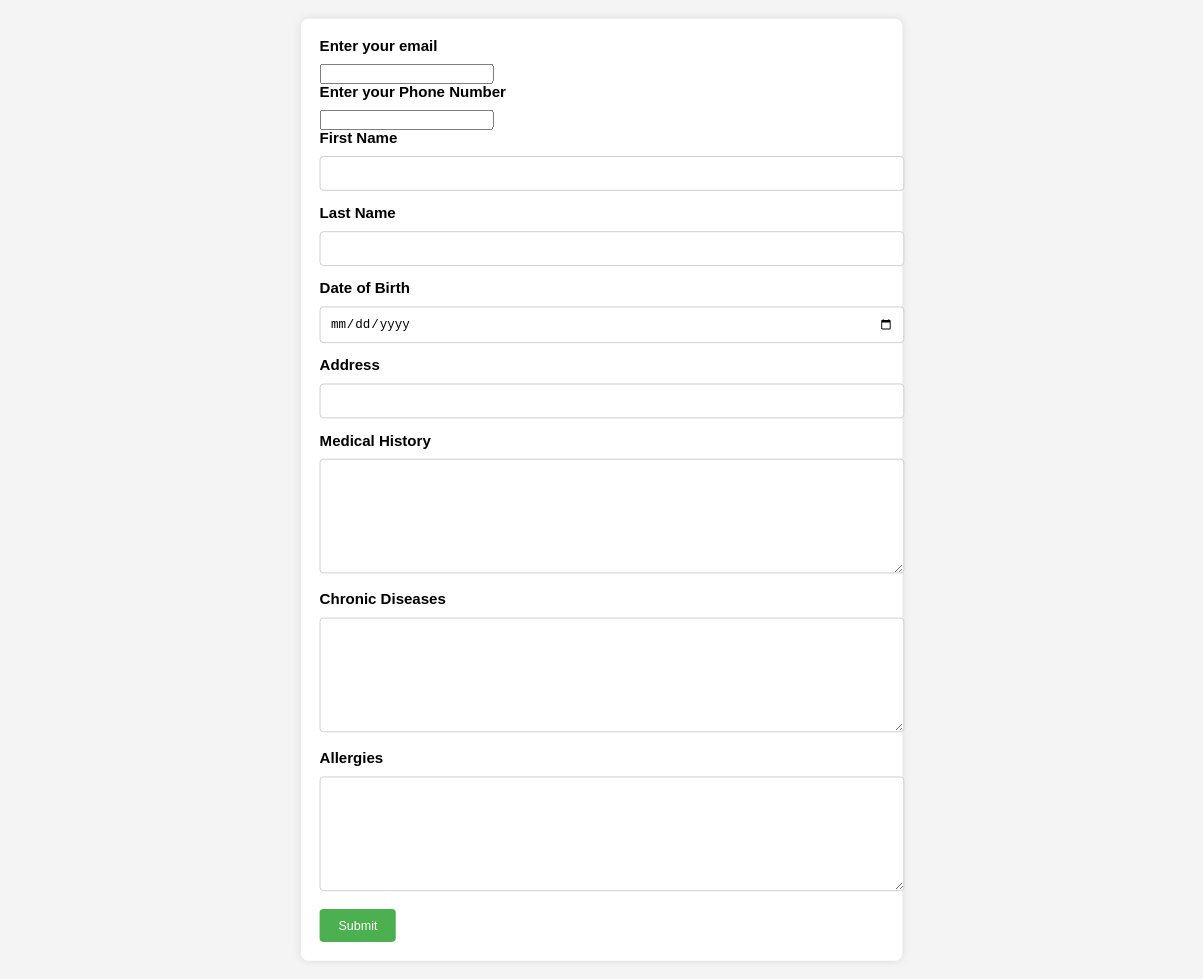
Repository: OmarAl-Saleh/Hospital-Emergency-System
Page: http://localhost/EmergencySystem/patient/sign-up.jsp
An editor plug-in stored every save of this project. The page is shown before and after the next save, followed by the edit.
The browser window is 1280 px wide. The pictures show the whole page, at 94% of full size.
The page is served by Tomcat 9. Other server files are loaded and not shown.

Above is the page before, as saved 2024-05-22 10:36:09.

### EmergencySystem/EmergencySystem/src/main/webapp/patient/sign-up.jsp
<!DOCTYPE html>
<html>
<head>
    <meta charset="ISO-8859-1">
    <title>Patient Profile Form</title>
    <style>
        body {
            font-family: Arial, sans-serif;
            background-color: #f4f4f4;
            margin: 0;
            padding: 20px;
        }

        form {
            background-color: white;
            padding: 20px;
            border-radius: 8px;
            box-shadow: 0 0 10px rgba(0, 0, 0, 0.1);
            max-width: 600px;
            margin: auto;
        }

        label {
            display: block;
            margin-bottom: 10px;
            font-weight: bold;
        }

        input[type="text"], input[type="date"], textarea {
            width: 100%;
            padding: 10px;
            margin-bottom: 15px;
            border: 1px solid #ccc;
            border-radius: 4px;
        }

        textarea {
            height: 100px;
        }

        input[type="submit"] {
            background-color: #4CAF50;
            color: white;
            border: none;
            padding: 10px 20px;
            cursor: pointer;
            border-radius: 4px;
        }

        input[type="submit"]:hover {
            background-color: #45a049;
        }
    </style>
</head>
<body>
    <form action="patient" method="post">

         <input type="hidden" name="source" value="sign-up"/>
    	<label>Enter your email</label>
    	<input type="email" name="email" required/>
    	<br>
    	<label>Enter your Phone Number</label>
    	<input type="tel" name="phoneNumber" required/>
    	<br>

        <label for="firstName">First Name</label>
        <input type="text" id="firstName" name="firstName" required>

        <label for="lastName">Last Name</label>
        <input type="text" id="lastName" name="lastName" required>

        <label for="dob">Date of Birth</label>
        <input type="date" id="dob" name="dob" required>

        <label for="address">Address</label>
        <input type="text" id="address" name="address" required>

        <label for="medicalHistory">Medical History</label>
        <textarea id="medicalHistory" name="medicalHistory" required></textarea>

        <label for="chronicDiseases">Chronic Diseases</label>
        <textarea id="chronicDiseases" name="chronicDiseases" required></textarea>

        <label for="allergies">Allergies</label>
        <textarea id="allergies" name="allergies" required></textarea>

        <input type="submit" value="Submit">
    </form>
</body>
</html>

After the next save:
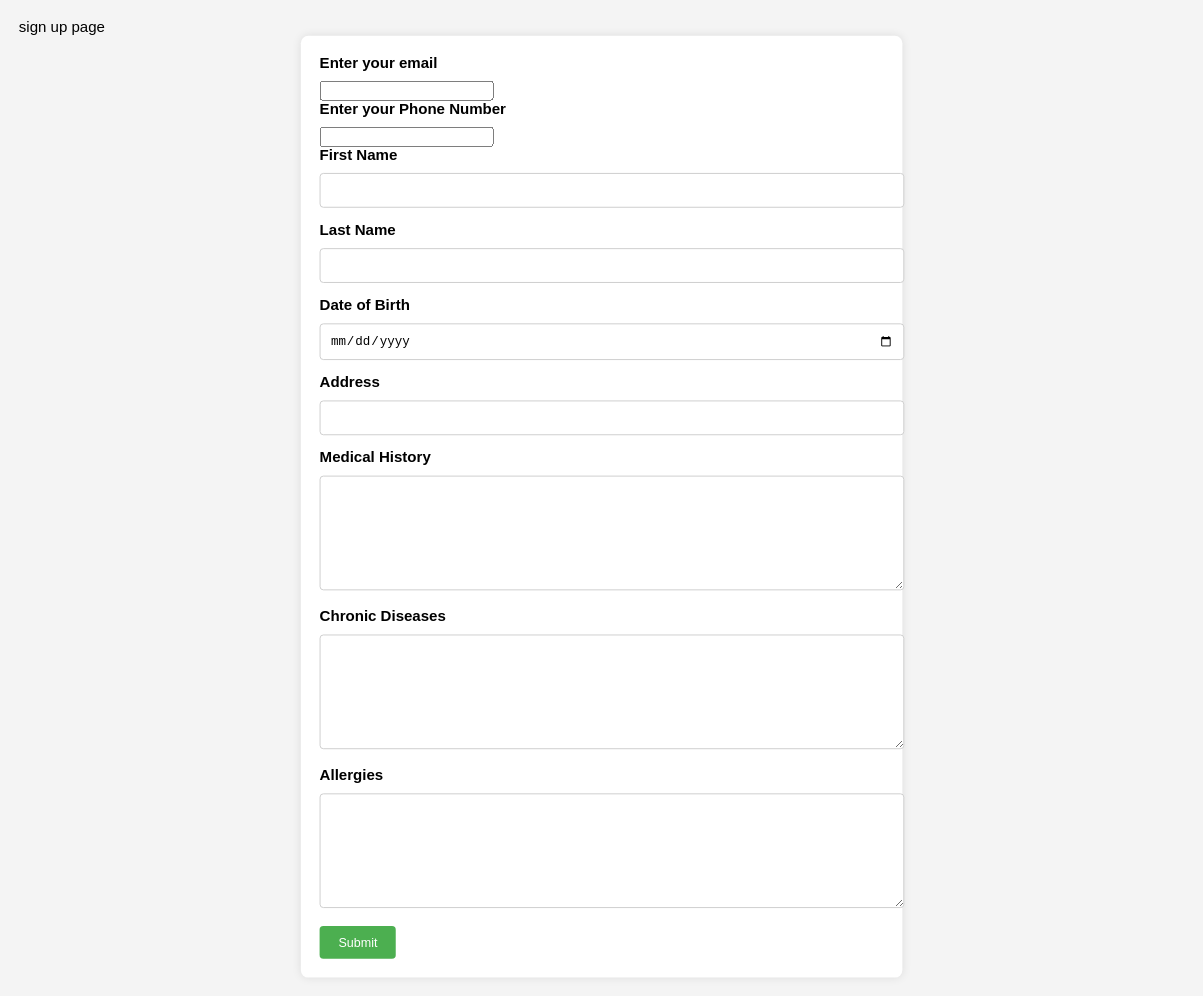
Saved 2 min 1 s later.
--- a/EmergencySystem/EmergencySystem/src/main/webapp/patient/sign-up.jsp
+++ b/EmergencySystem/EmergencySystem/src/main/webapp/patient/sign-up.jsp
@@ -51,7 +51,7 @@
             background-color: #45a049;
         }
     </style>
-</head>
+<head>sign up page</head>
 <body>
     <form action="patient" method="post">
 
